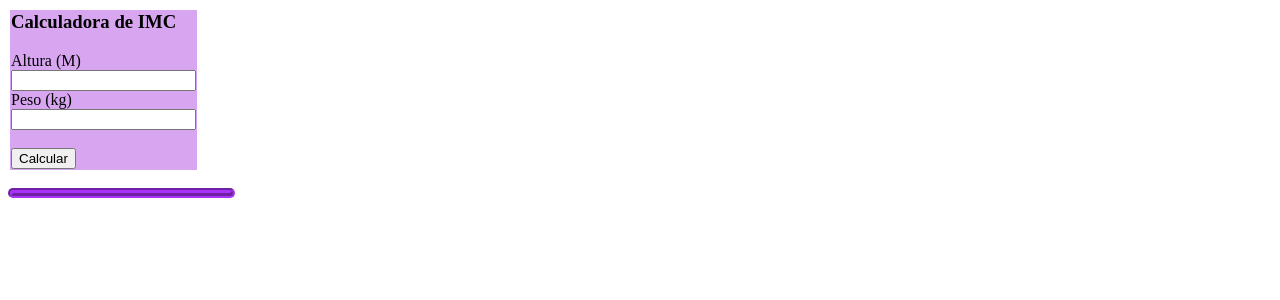
Repository: Patriciamativi/Projetos
Page: index.html
These files come from the project's save history. The page is drawn as it stood at one moment and after a run of saves; the edit follows.
The browser window is 1280 px wide. The pictures show the whole page.

Above is the page before, as saved 2022-11-21 16:09:45.

### index.html
<html>
    <head>
        <title>Calculadora de IMC</title>
        <meta charset="utf-8"/>
        <link rel="stylesheet" href="style.css"> <!-- AQUI VOCÊ  CRIA UMA PÁGINA CSS PARA COLOCAR ESTILO NO SE PROJETO-->
    </head>

   <borda>
<table border="0">
    <body>
            <tr> <td> <h3>Calculadora de IMC</h3>

            Altura (M)<br/>
            <input type: "number" > </br>

            Peso (kg)<br/>
            <input type: "number" > </br> </br>

            <input type= "submit" value="Calcular"> </td>
            </tr>

    </table>
</p>
        </body>
</html>

### style.css
p {
    border: 5px groove rgb(168, 50, 247);
    border-radius: 5px;
    width: 217px;
}
td {

    background-color: rgb(216, 166, 240);
}

After the next 2 saves:
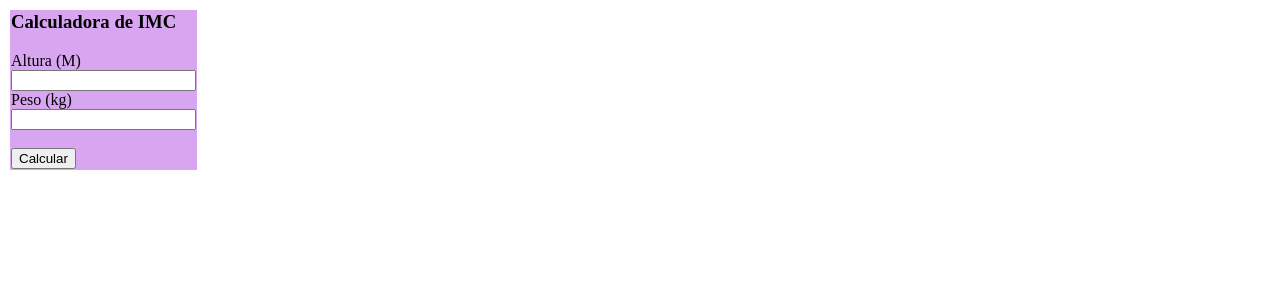
The 2 saves are shown as one change because they came seconds apart.
The last was saved 9 s later.
--- a/index.html
+++ b/index.html
@@ -20,6 +20,6 @@
             </tr>
 
     </table>
-</p>
+</borda>
         </body>
 </html>
